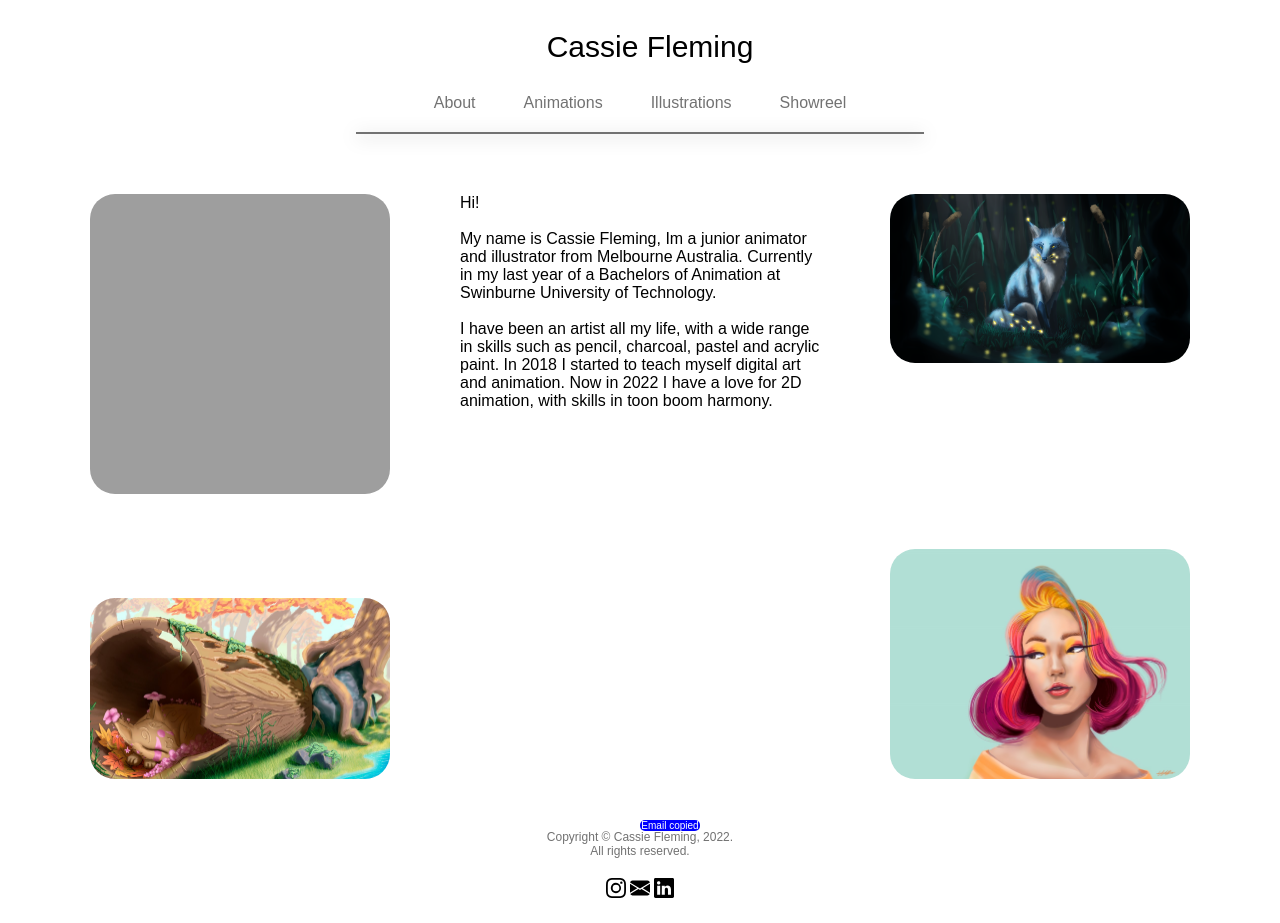
Repository: David-Waite/Cassie-Fleming-portfolio
Page: /
These files come from the project's save history. The page is drawn as it stood at one moment and after the next save; the edit follows.
The browser window is 1280 px wide. The pictures show the whole page.
Pictures or frames that could not be fetched are drawn as grey boxes. Some web fonts or font styles are not loaded; a fallback is used. The project was rebuilt for these pictures with package versions that can differ from the ones it lists, and the page was loaded fresh each time. The framework's server and built-in components were replaced by stand-ins that run in the browser. Also part of the build but not shown: next.config.js.

Above is the page before, as saved 2022-09-11 17:53:13.

After the next save:
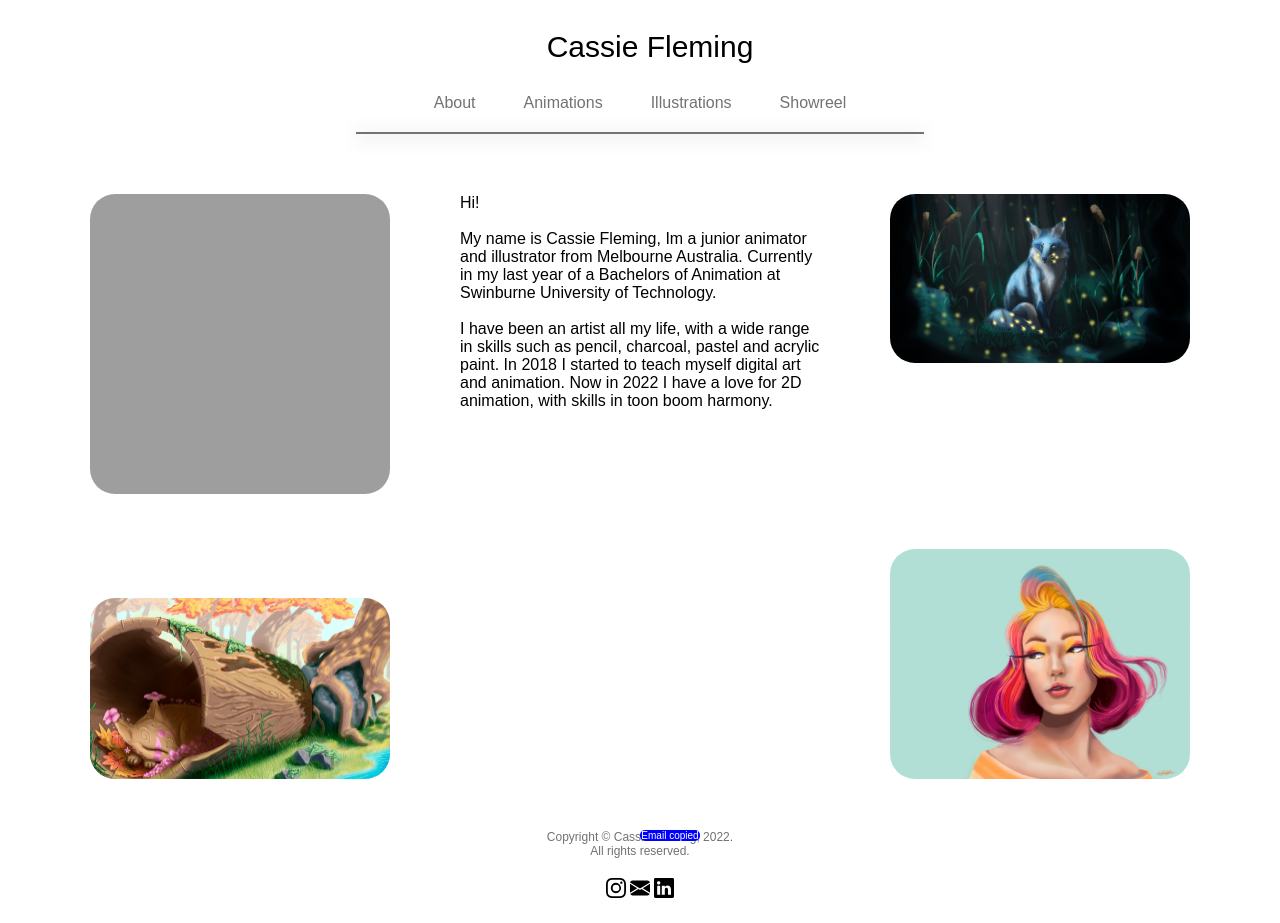
Saved 4 s later.
--- a/styles/globals.css
+++ b/styles/globals.css
@@ -108,7 +108,6 @@ footer {
   text-align: center;
   width: 60px;
 
-  top: -10px;
   background-color: blue;
   color: #ffffff;
   padding: 0;
